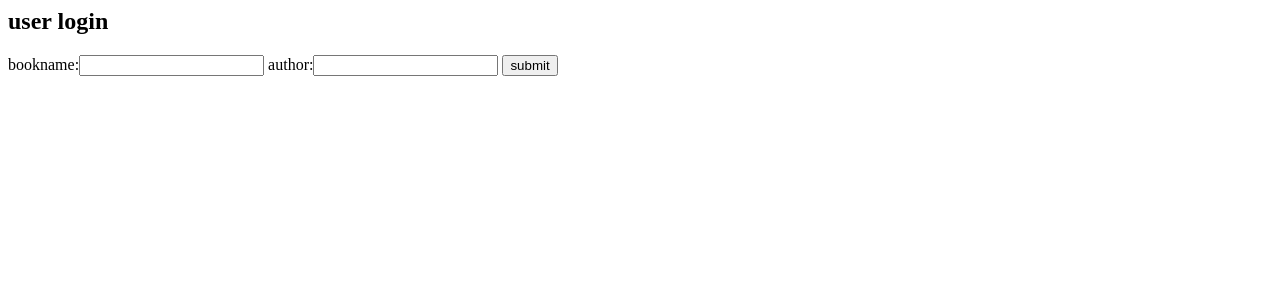
Repository: figo645/NewGenerationOA
Page: http://localhost/mavenweb/users/login.jsp
The author's editor kept a copy of each file at every save. The page is drawn from the files as they stood at one save, then again after the next save.
The browser window is 1280 px wide. The pictures show the whole page.
The page is served by Tomcat 9. Nobody is signed in. The application's start-up code is not run. Other server files are loaded and not shown.

Above is the page before, as saved 2015-09-17 17:46:29.

### 3.implementtation/prototype_ws/mavenweb/src/main/webapp/users/login.jsp
<html>
<body>
	<h2>user login</h2>
	<form method="post"
		action="<%=request.getContextPath()%>/users/login">
		bookname:<input type="text" name="username" id="username"> author:<input
			type="text" name="author" id="author"> <input type="submit"
			value="submit">
	</form>
</body>
</html>

After the next save:
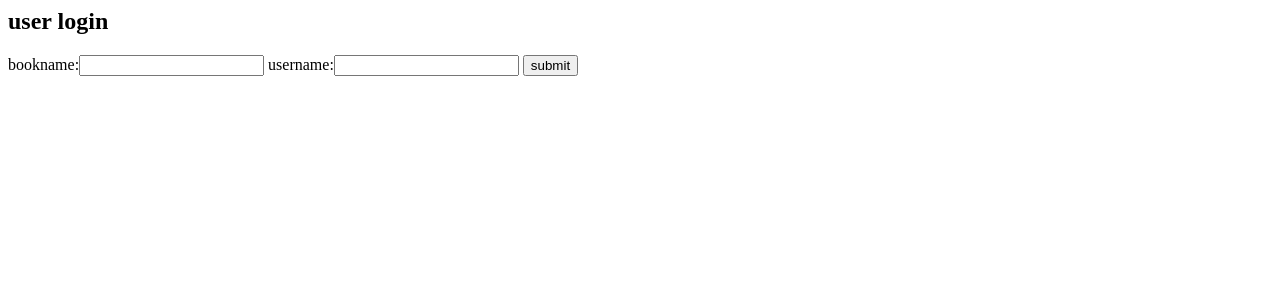
Saved 4 s later.
--- a/3.implementtation/prototype_ws/mavenweb/src/main/webapp/users/login.jsp
+++ b/3.implementtation/prototype_ws/mavenweb/src/main/webapp/users/login.jsp
@@ -3,7 +3,7 @@
 	<h2>user login</h2>
 	<form method="post"
 		action="<%=request.getContextPath()%>/users/login">
-		bookname:<input type="text" name="username" id="username"> author:<input
+		bookname:<input type="text" name="username" id="username"> username:<input
 			type="text" name="author" id="author"> <input type="submit"
 			value="submit">
 	</form>
